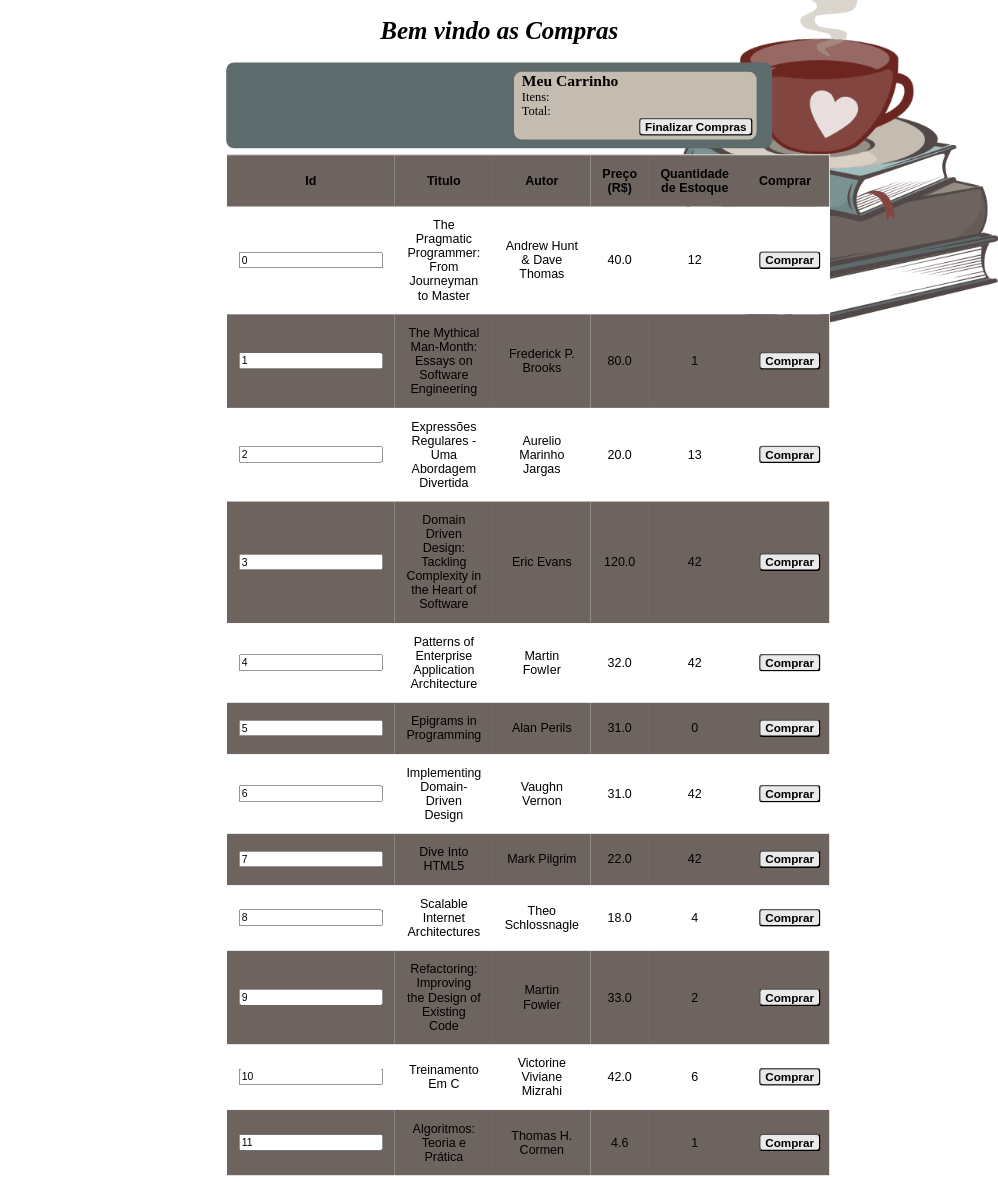
Repository: gabriellacrystina/ProjetoTegra
Page: http://localhost/book-store/Produtos
These files come from the project's save history. The page is drawn as it stood at one moment and after the next save; the edit follows.
The browser window is 1280 px wide. The pictures show the whole page, at 78% of full size.
Backgrounds fixed to the window are drawn as part of the page. The page is served by Tomcat 9.

Above is the page before, as saved 2016-07-04 22:25:00.

After the next save:
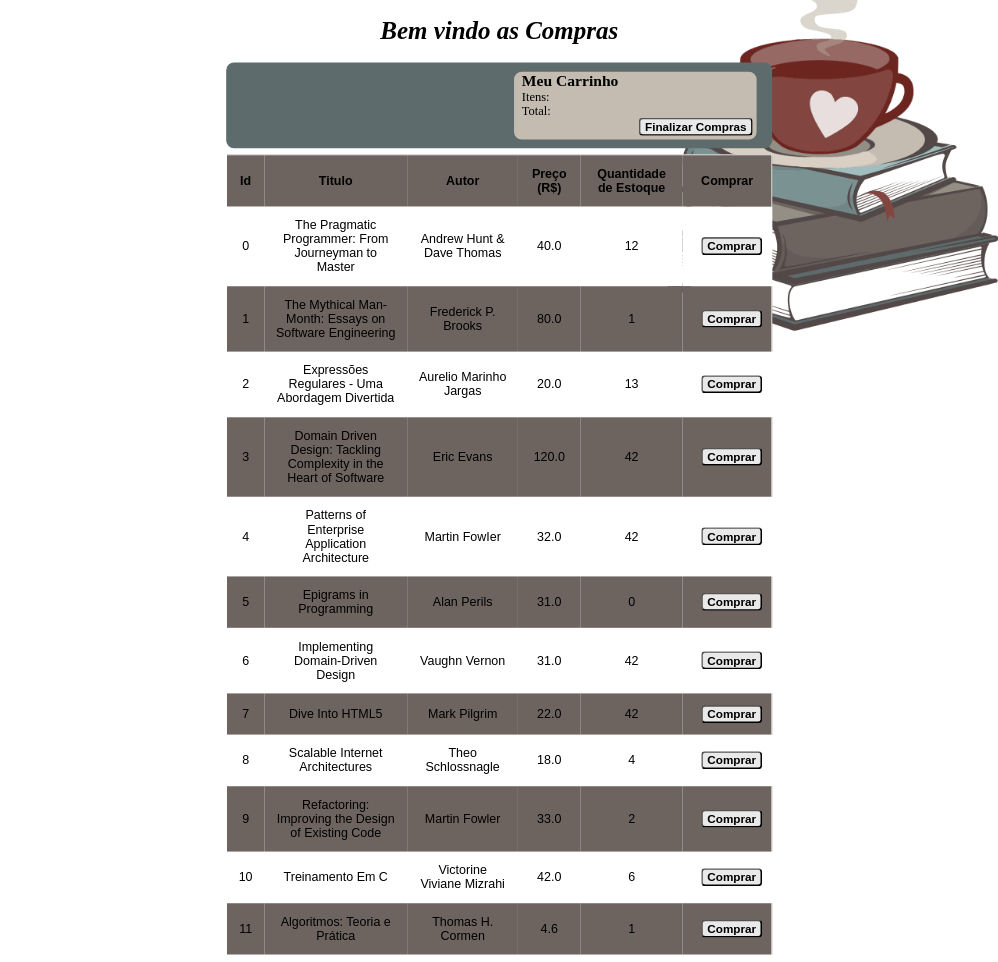
Saved 75 s later.
--- a/book-store/WebContent/index.jsp
+++ b/book-store/WebContent/index.jsp
@@ -57,7 +57,7 @@
 			  	for(Produto p: produtos){
 		  		%>
 		  			<tr class="livros">
-		  				<td class="id-livro"><input type="text" name="id" value="<%=p.getId()%>" disable="true"/></td>
+		  				<td class="id-livro"><%= p.getId() %></td>
 						<td class="nome-livro"><%= p.getTitulo() %></td>
 						<td class="nome-autor"><%= p.getAutor() %></td>
 						<td class="preco"><%= p.getPreco() %></td>
